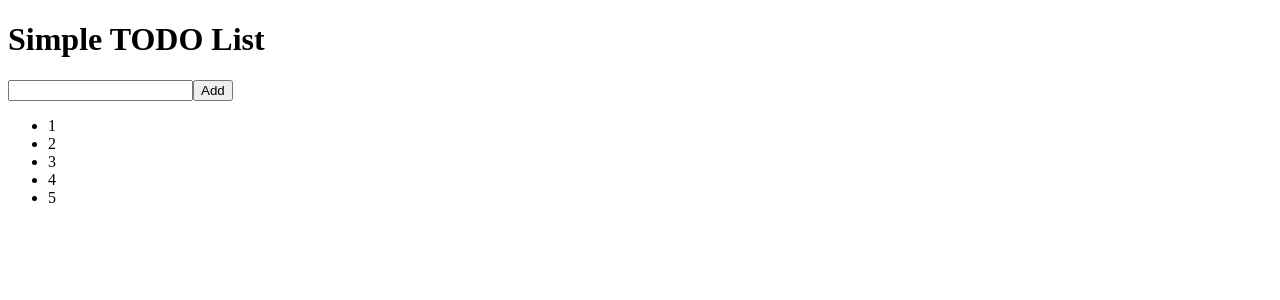
Repository: chenguocan/React-todoList
Page: todolist.html
These files come from the project's save history. The page is drawn as it stood at one moment and after the next save; the edit follows.
The browser window is 1280 px wide. The pictures show the whole page.

Above is the page before, as saved 2020-09-12 15:37:51.

### todolist.html
<!DOCTYPE html>
<html lang="en">

<head>
    <meta charset="UTF-8">
    <meta name="viewport" content="width=device-width, initial-scale=1.0">
    <title>Document</title>
</head>

<body>
    <div class="test"></div>
    <script src="./js/babel.min.js"></script>
    <script src="./js/prop-types.js"></script>
    <script src="./js/react.development.js"></script>
    <script src="./js/react-dom.development.js"></script>
    <script type="text/babel">
        class Title extends React.Component {
            constructor() {
                super()
            }
            render() {
                return (
                    <div>
                        <h1>Simple TODO List</h1>
                    </div>
                )
            }
        }

        class MessageInput extends React.Component {
            state = { nameList: [] };
            myRef = React.createRef();
            person = ["1", "2", "3", "4", "5"];
            myClick = () => {
                this.person.push(this.myRef.current.value);
                // this.setState = ({ name: this.state.name.push(this.person) });
                // console.log(this.state);
            }
            render() {
                return (
                    <div>
                        <input type="text" ref={this.myRef} />
                        <button onClick={this.myClick}>Add</button>
                        <List name={this.person} />
                    </div>
                )
            }
        }

        class List extends React.Component {
            constructor() {
                super();
            }
            render() {
                const { name } = this.props;
                return (
                    <div>
                        <ul>
                            {
                                name.map(item => <li>{item}</li>)
                            }
                        </ul>
                    </div>
                )
            }
        }

        class View extends React.Component {
            render() {
                return (
                    <div>
                        <Title />
                        <MessageInput />
                    </div>
                )
            }
        }

        ReactDOM.render(<View />, document.querySelector(".test"));

    </script>
</body>

</html>

Loaded but not shown: js/babel.min.js (library); js/react-dom.development.js (library); js/react.development.js (3155 lines, source omitted); js/prop-types.js (1337 lines, source omitted)

After the next save:
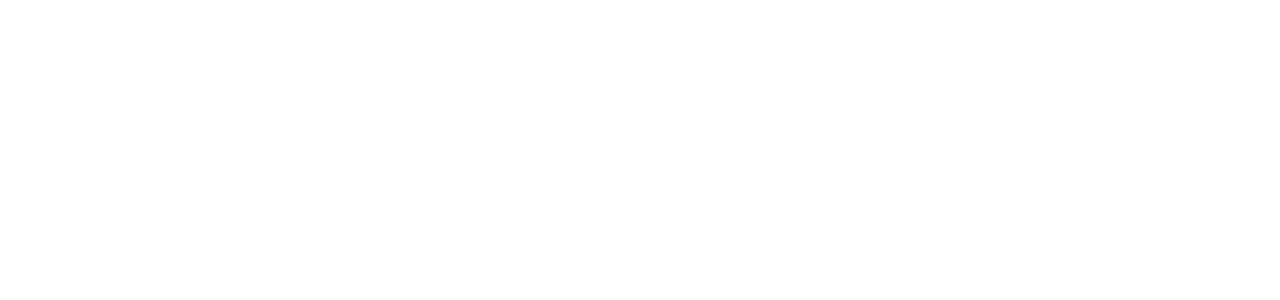
Console error (its wording comes from the project's code and is left out).
Saved 14 s later.
--- a/todolist.html
+++ b/todolist.html
@@ -57,6 +57,7 @@
                     <div>
                         <ul>
                             {
+                                console.log(typeof name);
                                 name.map(item => <li>{item}</li>)
                             }
                         </ul>

After the save that followed:
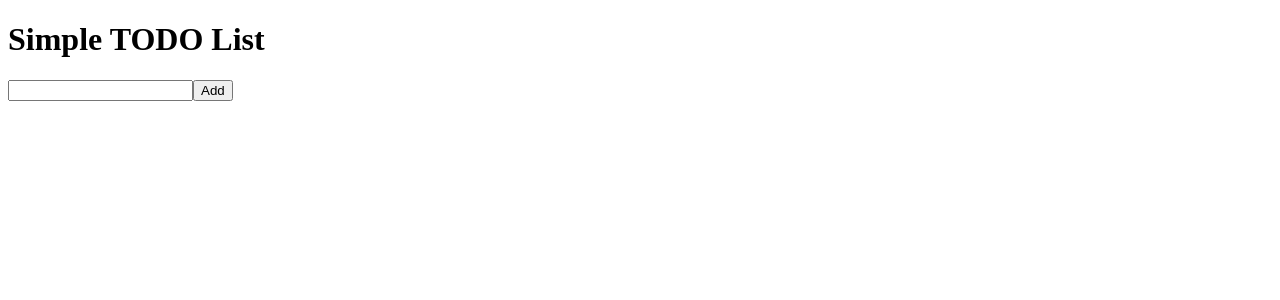
The error is gone.
Saved 7 s later.
--- a/todolist.html
+++ b/todolist.html
@@ -57,8 +57,8 @@
                     <div>
                         <ul>
                             {
-                                console.log(typeof name);
-                                name.map(item => <li>{item}</li>)
+                                console.log(typeof name)
+
                             }
                         </ul>
                     </div>
